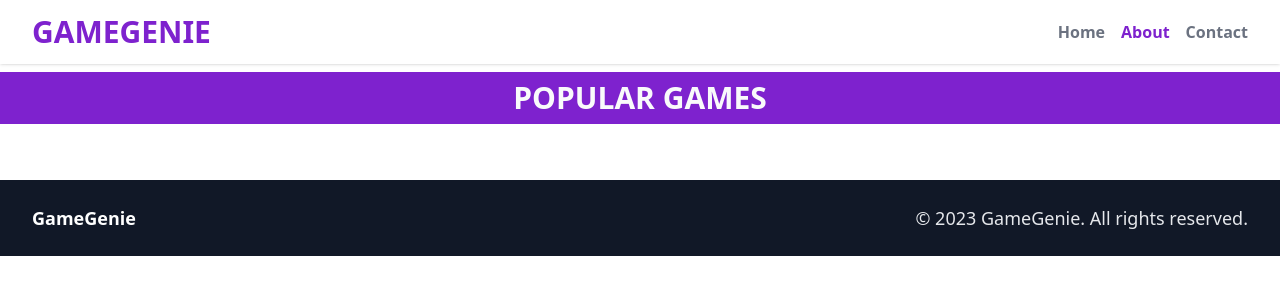
Repository: mfaeezshabbir/Gamegenie
Page: /allGames
These files come from the project's save history. The page is drawn as it stood at one moment and after the next save; the edit follows.
The browser window is 1280 px wide. The pictures show the whole page.
The page's requests for data from a server got no answer. The project was rebuilt for these pictures with package versions that can differ from the ones it lists, and the page was loaded fresh each time. The framework's server and built-in components were replaced by stand-ins that run in the browser. No one was signed in, and anything a server would have sent is missing. Also part of the build but not shown: next.config.js, components/GameCard/GameCard.jsx.

Above is the page before, as saved 2023-04-18 16:18:39.

After the next save:
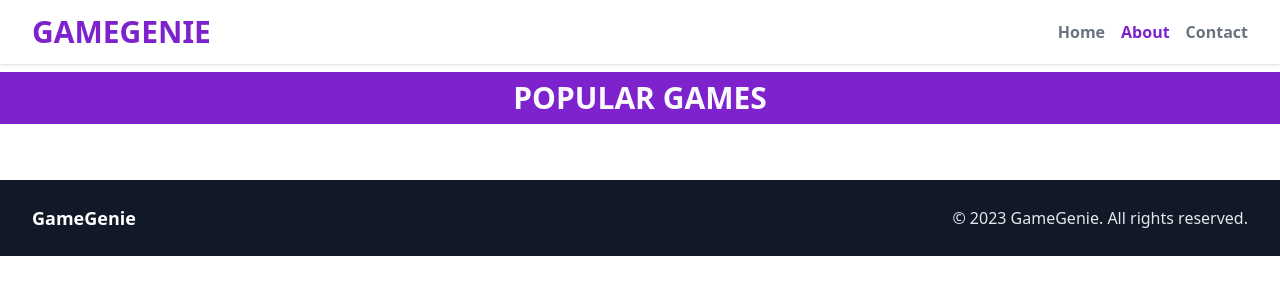
Saved 5 s later.
--- a/components/Footer/Footer.jsx
+++ b/components/Footer/Footer.jsx
@@ -18,7 +18,7 @@ function Footer() {
             </li> */}
           </ul>
         </div>
-        <div className="text-gray-200 text-center text-lg">
+        <div className="text-gray-200 text-center text-">
           &copy; 2023 GameGenie. All rights reserved.
         </div>
 
